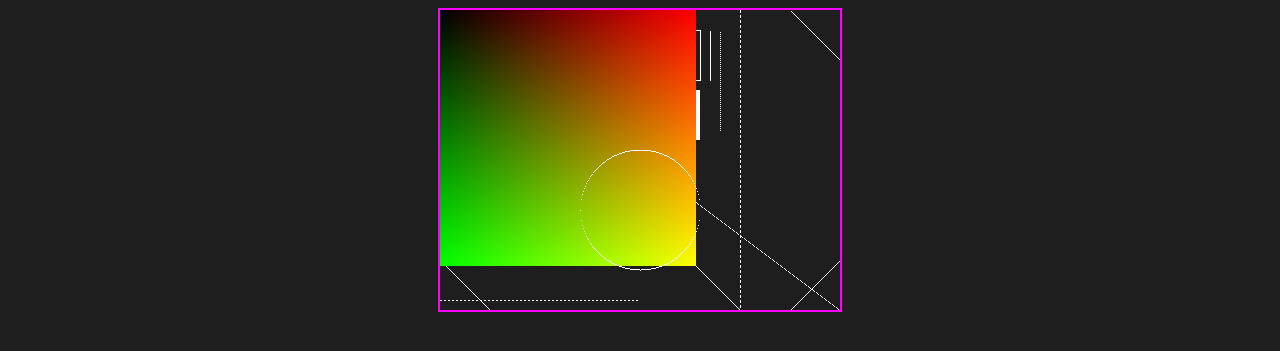
Repository: StarLightGX/miao
Page: paint.html
The author's editor kept a copy of each file at every save. The page is drawn from the files as they stood at one save, then again after the next save.
The browser window is 1280 px wide. The pictures show the whole page.

Above is the page before, as saved 2020-11-13 16:26:31.

### paint.html
<!DOCTYPE html>
<html lang="en">
  <head>
    <meta charset="UTF-8" />
    <title>画图</title>
    <style>
      html {
        background-color: rgb(30, 30, 30);
      }
      canvas {
        border: 2px solid #f0f;
        display: block;
        margin: auto;
      }
    </style>
  </head>
  <body>
    <canvas width="400" height="300"></canvas>
  </body>
  <script>
    var canvas = document.querySelector("canvas");
    canvas.style.imageRendering = "pixelated";
    var ctx = canvas.getContext("2d");

    function dot(x, y, color = "white") {
      x = x | 0;
      y = y | 0;
      ctx.fillStyle = color;
      ctx.fillRect(x, y, 1, 1);
    }

    function line(x1, y1, x2, y2) {
      ctx.strokeStyle = "black";
      ctx.moveTo(x1, y1);
      ctx.lineTo(x2, y2);
      ctx.stroke();
    }
    /**
   * YOUR TASK
画图的题：
画一条实线
画一条一个实点一个空点的虚线
画一条两个实点两个空点的虚线
画一条三个实点两个空点的虚线
画一条45度的斜线
画一条30度的斜线（选做）
在四个角画分别画一条45度的斜线以让画面看起来像一个相框
画一条跨越画布左上角和右下角的对角线
画一个空心矩形
画一个实心矩形
画一个rgb色彩空间的某一面
画一个空心的圆
画一个实心的圆
画一个大小合适的sin(x)的图像
   */
  </script>
  <script>
    // YOUR CODE GOES BELOW
    var x = 1;
    var y = 1;
    var i = 0;

    // 画一条实线
    y = 20;
    for (i = 0; i < 50; i++) {
      y = y + 1;
      x = 270;
      dot(x, y);
    }

    // 画一条一个实点一个空点的虚线
    y = 20;
    for (i = 0; i < 50; i++) {
      y = y + 2;
      x = 280;
      dot(x, y);
    }

    // 画一条两个实点两个空点的虚线
    for (var x = 0; x < 200; x++) {
      if (x % 4 < 2) {
        dot(x, 290);
      }
    }

    // for (i = 0; i < 50; i++) {
    //   y = 4 * (i + 1);
    //   x = 290;
    //   dot(x, y);
    // }

    // for (i = 0; i < 50; i++) {
    //   y = 4 * (i + 1) + 1;
    //   x = 290;
    //   dot(x, y);
    // }

    // 画一条三个实点两个空点的虚线

    for (i = 0; i < 100; i++) {
      y = 5 * (i + 1);
      x = 300;
      dot(x, y - 10);
    }

    for (i = 0; i < 100; i++) {
      y = 5 * (i + 1) + 1;
      x = 300;
      dot(x, y - 10);
    }

    for (i = 0; i < 100; i++) {
      y = 5 * (i + 1) + 2;
      x = 300;
      dot(x, y - 10);
    }

    // 画一条45度的斜线
    y = 0;
    for (i = 0; i < 1050; i++) {
      y = y + 1;
      x = y;
      dot(x, y);
    }
    // 画一条30度的斜线（选做）
    for (var x = 0; x < 200; x++) {
      var y = x / Math.sqrt(3);
      dot(x, y);
    }

    // 在四个角画分别画一条45度的斜线以让画面看起来像一个相框
    y = 0;
    for (i = 0; i < 1050; i++) {
      y = y + 1;
      x = y;
      dot(x - 250, y);
    }
    y = 0;
    for (i = 0; i < 1050; i++) {
      y = y + 1;
      x = y;
      dot(x + 350, y);
    }
    y = 0;
    for (i = 0; i < 1050; i++) {
      y = y + 1;
      x = -y;
      dot(x + 50, y);
    }
    y = 0;
    for (i = 0; i < 1050; i++) {
      y = y + 1;
      x = -y;
      dot(x + 650, y);
    }

    // 画一条跨越画布左上角和右下角的对角线
    y = 0;
    for (i = 0; i < 500; i++) {
      y = y + 1;
      x = (4 / 3) * y;
      dot(x, y);
    }
    // 画一个空心矩形
    y = 20;
    for (i = 0; i < 50; i++) {
      y = y + 1;
      x = 260;
      dot(x, y);
    }
    y = 20;
    for (i = 0; i < 50; i++) {
      y = y + 1;
      x = 230;
      dot(x, y);
    }
    y = 20;
    for (i = 0; i < 31; i++) {
      y = y + 1;
      x = 30;
      dot(y + 209, x - 10);
    }
    y = 20;
    for (i = 0; i < 31; i++) {
      y = y + 1;
      x = 30;
      dot(y + 209, x + 40);
    }
    // 画一个实心矩形

    for (x = 230; x < 260; x++) {
      for (y = 80; y < 130; y++) {
        dot(x, y);
      }
    }

    // 画一个rgb色彩空间的某一面
    for (x = 0; x < 256; x++) {
      for (y = 0; y < 256; y++) {
        dot(x, y, "rgb" + "(" + x + "," + y + "," + 0 + ")");
      }
    }
    // 画一个空心的圆
    var r = 60;

    for (x = -r; x < r; x++) {
      y = Math.sqrt(r * r - x * x);
      dot(x + 200, y + 200);
      dot(x + 200, -y + 200);
    }
    // 画一个实心的圆

    // 画一个大小合适的sin(x)的图像
    y = 30;
    x = 30;
  </script>
</html>

After the next save:
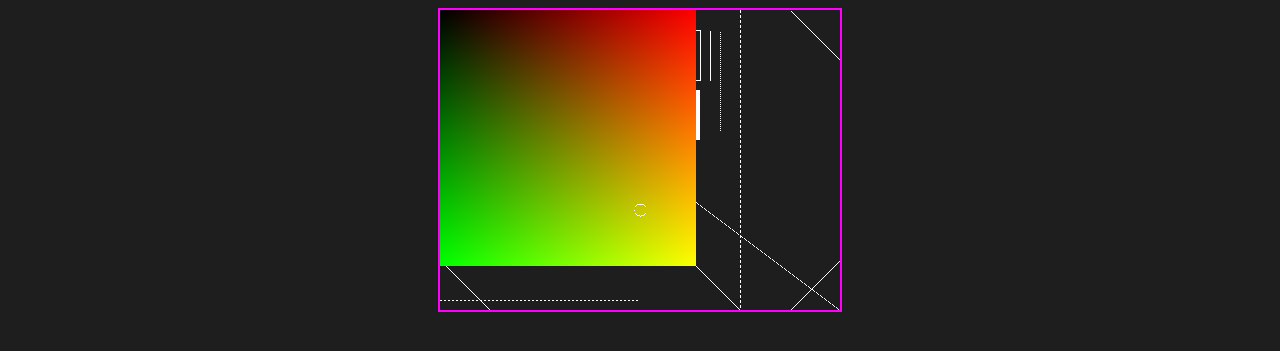
Saved 4 s later.
--- a/paint.html
+++ b/paint.html
@@ -201,7 +201,7 @@
       }
     }
     // 画一个空心的圆
-    var r = 60;
+    var r = 6;
 
     for (x = -r; x < r; x++) {
       y = Math.sqrt(r * r - x * x);

After the save that followed:
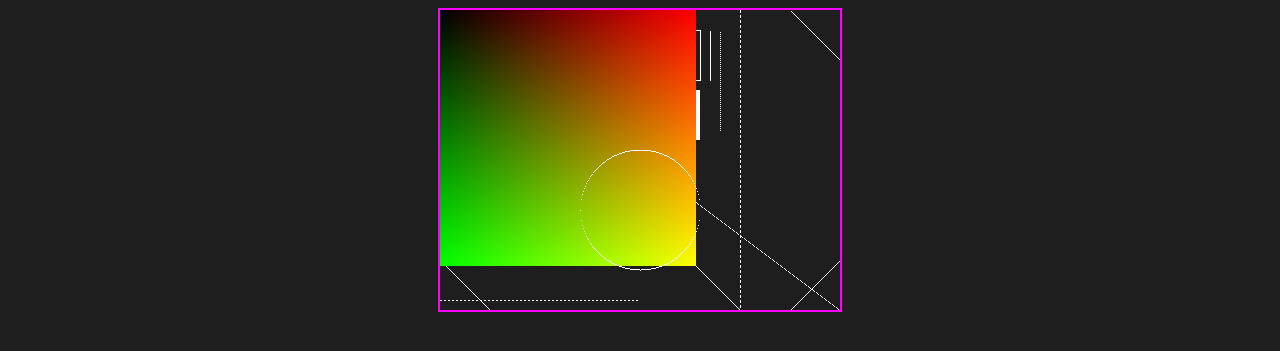
Saved 8 s later.
--- a/paint.html
+++ b/paint.html
@@ -201,7 +201,7 @@
       }
     }
     // 画一个空心的圆
-    var r = 6;
+    var r = 60;
 
     for (x = -r; x < r; x++) {
       y = Math.sqrt(r * r - x * x);
